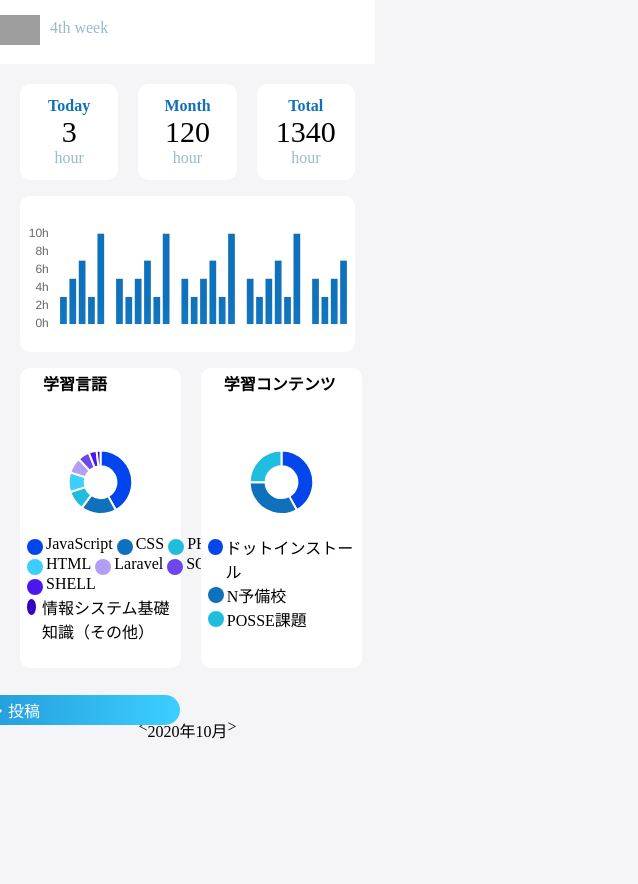
Repository: posse-ap/gen2.0-kamibayasitaito
Page: app/app.html
These files come from the project's save history. The page is drawn as it stood at one moment and after the next save; the edit follows.
The browser window is 375 px wide. The page is 638 px wide, so the pictures cover 638 px, including what lies to the right of the window. The pictures show the whole page.
Pictures or frames that could not be fetched are drawn as grey boxes. Some web libraries are served in a nearby version.

Above is the page before, as saved 2021-11-26 18:54:55.

After the next save:
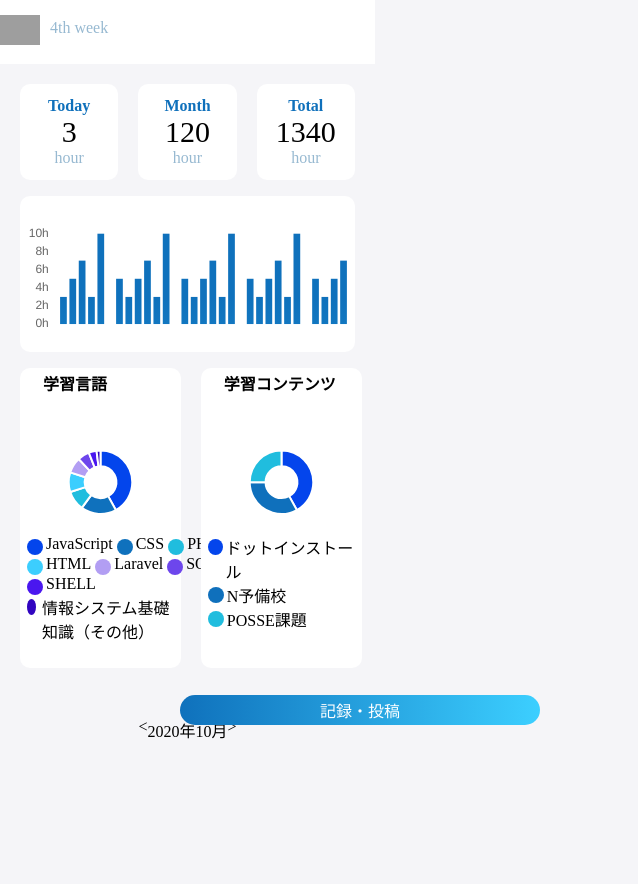
Saved 8 s later.
--- a/app/app_smartphone.css
+++ b/app/app_smartphone.css
@@ -323,7 +323,7 @@
             color: white;
               height: 30px;
               width:360px ;
-              transform: translate(-50%,50%);
+              transform: translate(50%,50%);
              border-radius: 30px;
               background: linear-gradient(to right,#0f71bc,#3ccfff);
               bottom: 90px;
